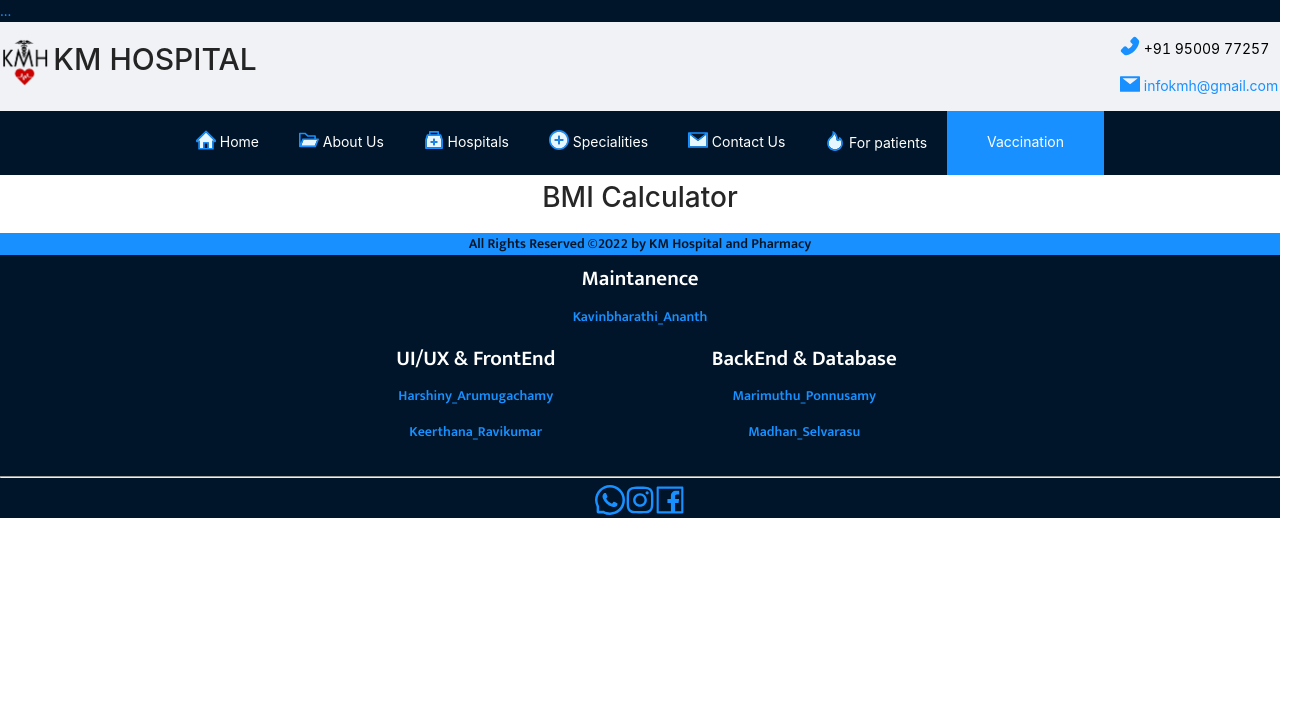
Repository: marimuthu1001/KHM-hospital
Page: /bmicalculator (app in km-hospital/)
An editor plug-in stored every save of this project. The page is shown before and after a run of saves, followed by the edit.
The browser window is 1280 px wide. The page is 1297 px wide, so the pictures cover 1297 px, including what lies to the right of the window. The pictures show the whole page.
The project was rebuilt for these pictures with package versions that can differ from the ones it lists, and the page was loaded fresh each time. Also part of the build but not shown: km-hospital/src/Styles/ContactUs.module.css, km-hospital/src/Pages/ContactUs.jsx, km-hospital/src/Pages/AboutUS.jsx, km-hospital/src/Styles/Specialities.module.css, km-hospital/src/firebase.js, km-hospital/src/Pages/Specialities.jsx, km-hospital/src/Pages/Feedback.jsx.

Above is the page before, as saved 2022-01-25 14:11:06.

### km-hospital/public/index.html
<!DOCTYPE html>
<html lang="en">
  <head>
    <meta charset="utf-8" />
    <link rel="icon" href="%PUBLIC_URL%/favicon.ico" />
    <meta name="viewport" content="width=device-width, initial-scale=1" />
    <meta name="theme-color" content="#000000" />
    <meta
      name="description"
      content="Web site created using create-react-app"
    />
    <link rel="apple-touch-icon" href="%PUBLIC_URL%/logo192.png" />
    <!--
      manifest.json provides metadata used when your web app is installed on a
      user's mobile device or desktop. See https://developers.google.com/web/fundamentals/web-app-manifest/
    -->
    <link rel="manifest" href="%PUBLIC_URL%/manifest.json" />
    <!--
      Notice the use of %PUBLIC_URL% in the tags above.
      It will be replaced with the URL of the `public` folder during the build.
      Only files inside the `public` folder can be referenced from the HTML.

      Unlike "/favicon.ico" or "favicon.ico", "%PUBLIC_URL%/favicon.ico" will
      work correctly both with client-side routing and a non-root public URL.
      Learn how to configure a non-root public URL by running `npm run build`.
    -->
    <title>KM HOSPITAL | HOME</title>
  </head>
  <body>
    <noscript>You need to enable JavaScript to run this app.</noscript>
    <div id="root"></div>
    <!--
      This HTML file is a template.
      If you open it directly in the browser, you will see an empty page.

      You can add webfonts, meta tags, or analytics to this file.
      The build step will place the bundled scripts into the <body> tag.

      To begin the development, run `npm start` or `yarn start`.
      To create a production bundle, use `npm run build` or `yarn build`.
    -->
  </body>
</html>

### km-hospital/src/index.js
import React from 'react';
import ReactDOM from 'react-dom';
import 'antd/dist/antd.min.css'
import './index.css'
import App from './App';


ReactDOM.render(
  <React.StrictMode>
    <App />
  </React.StrictMode>,
  document.getElementById('root')
);

### km-hospital/src/index.css
@import '~antd/dist/antd.css';

.ant-menu:not(.ant-menu-horizontal) .ant-menu-item-selected {
	background: transparent;
}

.ant-menu{
    background: red;
    }

### km-hospital/src/App.js
import Nav from  './components/Nav'
import Footer from './components/Footer'
import ContactUs from './Pages/ContactUs'
import AboutUs from './Pages/AboutUS'
import Specialities from './Pages/Specialities'
import BmiCalculator from './Pages/For Patients/Bmi_Calculator'
import {BrowserRouter as Router, Route,Routes} from 'react-router-dom'

import Feedback from './Pages/Feedback'

function App() {
  return (
    <Router>
        <div className="App">
          <Nav/>
          <Routes>
            <Route exact path="/contactus" element={<ContactUs/>}/>
            <Route exact path="/aboutus" element={<AboutUs/>}/>
            <Route exact path="/specialities" element={<Specialities/>}/>
            <Route exact path="/bmicalculator" element={<BmiCalculator/>}/>
            <Route exact path="/feedback" element={<Feedback/>}/>
          </Routes>

          <Footer/>
        </div>
    </Router>

  );
}

export default App;

### km-hospital/src/components/Nav.jsx
import React from 'react'

import Styles from '../Styles/Nav.module.css'
import { Layout, Menu, Dropdown,Row,Col } from 'antd';
import Logo from '../Images/Logo.png'

import {HomeTwoTone,
    FolderOpenTwoTone,
    MedicineBoxTwoTone,
    PlusCircleTwoTone,
    FireTwoTone ,
    MailTwoTone,
    PhoneFilled,
    MailFilled,

    } from '@ant-design/icons'

function Nav() {
  const menu = (
    <Menu>

            <Menu.Item key="1">Covid Dose</Menu.Item>
            <Menu.Item key="2">Covid Booster</Menu.Item>
            <Menu.Item key="3">Polio Vaccine</Menu.Item>
            <Menu.Item key="4">Chicken pox Vaccine</Menu.Item>
      </Menu>
  )
const patients = (
  <Menu>
          <Menu.Item key="1">Health Checkup Package</Menu.Item>
          <Menu.Item key="2">Medicines</Menu.Item>
          <Menu.Item key="3">Symptoms</Menu.Item>
          <Menu.Item key="4">Procedurs</Menu.Item>
          <a href="bmicalculator"><Menu.Item key="5">BMI Calculator</Menu.Item></a>

    </Menu>

  )

  const { Header} = Layout;
    return (

      <Layout>
        <p className={Styles.line}>...</p>
        <div className={Styles.head} >
            <Row gutters={[16,16]}>
              <Col md={{span:2}} lg={{span:1}}>
              <div className="logo">
              <img src={Logo} alt="Logo" widht={50} height={50}/>
            </div>
              </Col>
              <Col md={{span:6}} lg={{span:4}}>
              <h1>KM HOSPITAL</h1>
              </Col>
              <Col md={{span:8}} lg={{span:16}}></Col>
              <Col md={{span:5}} lg={{span:3}}>
              <div className={Styles.contactHead}>
                <p style={{color:'black'}}><PhoneFilled  style= {{ fontSize: '20px',color: '#1890ff'  }} />&nbsp;+91 95009 77257</p>
                <p><a href="mailto:infokmh@gmail.com"><MailFilled style= {{ fontSize: '20px',color: '#1890ff'  }} />&nbsp;infokmh@gmail.com</a></p>
               </div>
              </Col>
            </Row>
        </div>



      <Header className="header">
      <div className="menubar">
        <Menu style={{
            position: 'relative',
            display: 'flex',
            justifyContent: 'center',

        }} theme="dark" mode="horizontal" defaultSelectedKeys={['1']}>
     <a href="/">
          <Menu.Item key="7"><HomeTwoTone style={{fontSize:20}}/>&nbsp;Home</Menu.Item>
     </a>
     <a href="/aboutus">
          <Menu.Item key="2"><FolderOpenTwoTone style={{fontSize:20}}/>&nbsp;About Us</Menu.Item>
     </a>
     <a href="/">
          <Menu.Item key="3"><MedicineBoxTwoTone style={{fontSize:20}}/>&nbsp;Hospitals</Menu.Item>
     </a>
     <a href="/specialities">
          <Menu.Item key="4"><PlusCircleTwoTone style={{fontSize:20}}/>&nbsp;Specialities</Menu.Item>
     </a>
     <a href="/contactus">
          <Menu.Item  key="6"> <MailTwoTone style={{fontSize:20}}/>&nbsp;Contact Us</Menu.Item>
     </a>
          <Dropdown  overlay={patients} placement="topCenter">
              <Menu.Item key="5"><FireTwoTone style={{fontSize:20}}/>&nbsp;For patients</Menu.Item>
          </Dropdown>

          <Menu.Item key="1">
          <Dropdown  overlay={menu} placement="topCenter">
                    <Menu.Item>Vaccination</Menu.Item>
          </Dropdown>
          </Menu.Item>


        </Menu>  </div>
      </Header>


        </Layout>


    )
}

export default Nav

### km-hospital/src/components/Footer.jsx
import React from 'react'
import Styles from '../Styles/Footer.module.css'
import { Row, Col } from 'antd';
import {WhatsAppOutlined,
    InstagramOutlined,
    FacebookOutlined} from '@ant-design/icons'
function Footer() {
    return (
        <div  >
            <div className={Styles.footer}>


                <div className={Styles.footerContent}>
                    <div sm={1}  md={6} lg={8}  className={Styles.footerTitle}>
                        <h4>All Rights Reserved &copy;2022 by KM Hospital and Pharmacy</h4>
                    </div>


                <div className={Styles.maintain}>
                    <h2>Maintanence</h2>
                    <p>Kavinbharathi_Ananth</p>
                </div>

                <Row className={Styles.design} gutter={[34, 18]}>
                <Col xs={24} md={6}/>
                    <Col xs={24} md={6}>
                        <div>
                            <h2 className={Styles.headDecoration}>UI/UX & FrontEnd</h2>
                            <div className={Styles.decoration}>
                                <p>Harshiny_Arumugachamy</p>
                                <p>Keerthana_Ravikumar</p>
                            </div>
                        </div>
                    </Col>
                    <Col xs={24} md={6}>
                        <div>
                        <h2 className={Styles.headDecoration}>BackEnd & Database</h2>
                            <div className={Styles.decoration}>
                                <p>Marimuthu_Ponnusamy</p>
                                <p>Madhan_Selvarasu</p>
                            </div>
                        </div>
                    </Col>
                    <Col xs={24} md={6}/>
                        <Col sm={{ span: 5, offset: 0 }} md={{ span: 5, offset: 0 }} lg={{ span: 6, offset:0  }}> </Col>
                </Row>


<hr/>


                <Row  className={Styles.social}>
                    <Col sm={{span:2}} md={{span:8}} lg={{span:8}}><WhatsAppOutlined style={{fontSize: '30px' }} /></Col>
                    <Col sm={{span:2}} md={{span:8}} lg={{span:8}}><InstagramOutlined style={{fontSize: '30px' }} /></Col>
                    <Col sm={{span:2}} md={{span:8}} lg={{span:8}}><FacebookOutlined style={{fontSize: '30px' }} /></Col>
                </Row>
            </div>
        </div>
        </div>
    )
}

export default Footer

### km-hospital/src/Pages/For Patients/Bmi_Calculator.jsx
import React from 'react'
import { Helmet,HelmetProvider } from 'react-helmet-async';

function Bmi_Calculator() {
    return (
        <div>

             <HelmetProvider>
                    <Helmet>
                        <title>KM Hospital | BMI Calculator</title>
                    </Helmet>
             </HelmetProvider>

             <div >
                <h1 style={{textAlign: 'center'}}>BMI Calculator</h1>
            </div>

        </div>
    )
}

export default Bmi_Calculator

### km-hospital/src/Styles/Nav.module.css
*{
    margin-top:0px;
}
.line{
    background-color:#001529;
    color:#1890ff;
}
.head h1{
    font-size: 30px;
}
.menubar .Menu.item{
    margin-left:20%;
}
a{
    text-decoration: none;
}
a:hover{
    background-color:#1890ff;
}

### km-hospital/src/Styles/Footer.module.css
@import url('https://fonts.googleapis.com/css2?family=Mukta:wght@600&display=swap');
.footer{
    background-color:#001529;
    font-family: 'Mukta', sans-serif;
    color:#1890ff;
    position:relative;
    text-align:center
}
.footer h2{
    color:#ffffff
}
.footer .footerTitle{
    color:rgb(255, 255, 255);
    background-color:#1890ff
}
.footer .social{
    text-align:center;
    display:inline-flex;
}
.social li{
    list-style-type: none;
}
.decoration{
    list-style-type:none;
    text-align:center
}
.headDecoration{
    text-align:center
}

After the next 3 saves:
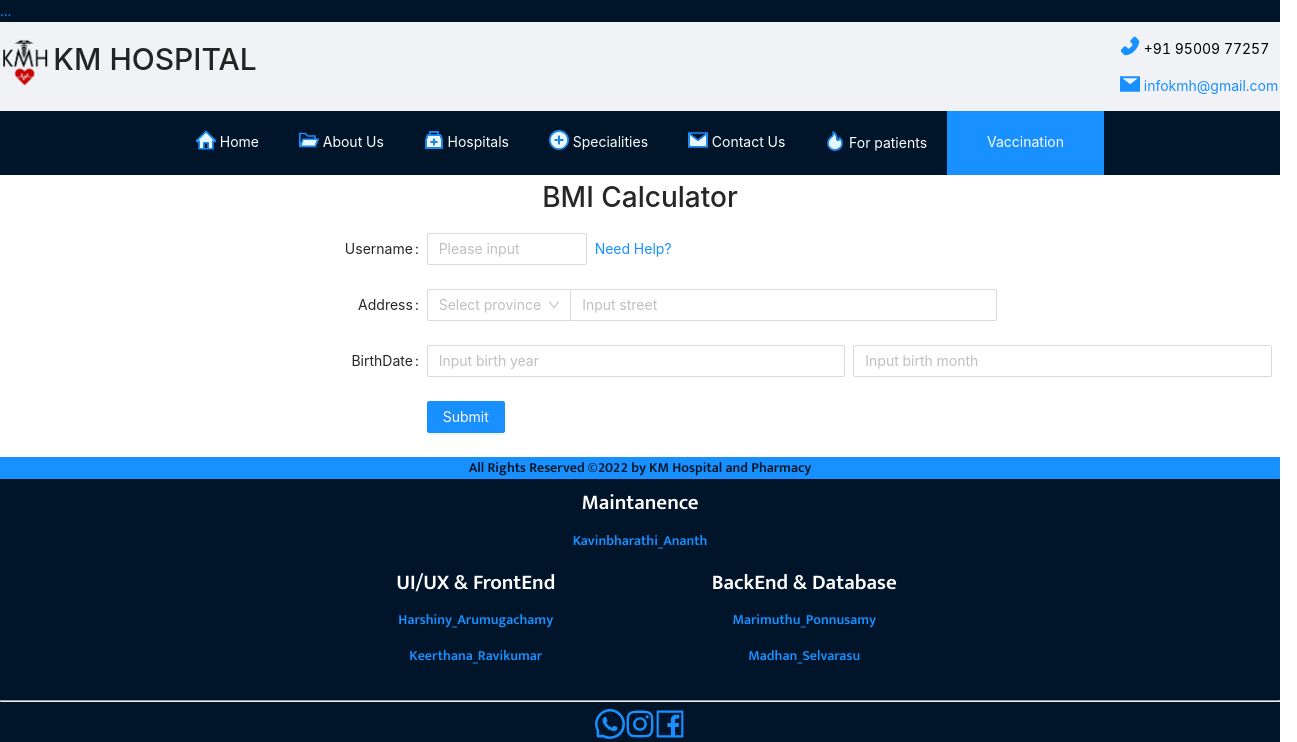
The 3 saves are shown as one change because 2 did not build or start.
The last was saved 3 min 44 s later.
--- a/km-hospital/src/Pages/For Patients/Bmi_Calculator.jsx
+++ b/km-hospital/src/Pages/For Patients/Bmi_Calculator.jsx
@@ -1,8 +1,15 @@
 import React from 'react'
 import { Helmet,HelmetProvider } from 'react-helmet-async';
+import { Form, Input, Select, Tooltip, Button, Space, Typography } from 'antd';
+
 
 function Bmi_Calculator() {
+        const { Option } = Select;
+        const onFinish = values => {
+        console.log('Received values of form: ', values);
+  };
     return (
+
         <div>
 
              <HelmetProvider>
@@ -15,6 +22,67 @@ function Bmi_Calculator() {
                 <h1 style={{textAlign: 'center'}}>BMI Calculator</h1>
             </div>
 
+
+
+            <Form name="complex-form" onFinish={onFinish} labelCol={{ span: 8 }} wrapperCol={{ span: 16 }}>
+                <Form.Item label="Username">
+                    <Space>
+                    <Form.Item
+                        name="username"
+                        noStyle
+                        rules={[{ required: true, message: 'Username is required' }]}
+                    >
+                        <Input style={{ width: 160 }} placeholder="Please input" />
+                    </Form.Item>
+                    <Tooltip title="Useful information">
+                        <Typography.Link href="#API">Need Help?</Typography.Link>
+                    </Tooltip>
+                    </Space>
+                </Form.Item>
+                <Form.Item label="Address">
+                    <Input.Group compact>
+                    <Form.Item
+                        name={['address', 'province']}
+                        noStyle
+                        rules={[{ required: true, message: 'Province is required' }]}
+                    >
+                        <Select placeholder="Select province">
+                        <Option value="Zhejiang">Zhejiang</Option>
+                        <Option value="Jiangsu">Jiangsu</Option>
+                        </Select>
+                    </Form.Item>
+                    <Form.Item
+                        name={['address', 'street']}
+                        noStyle
+                        rules={[{ required: true, message: 'Street is required' }]}
+                    >
+                        <Input style={{ width: '50%' }} placeholder="Input street" />
+                    </Form.Item>
+                    </Input.Group>
+                </Form.Item>
+                <Form.Item label="BirthDate" style={{ marginBottom: 0 }}>
+                    <Form.Item
+                    name="year"
+                    rules={[{ required: true }]}
+                    style={{ display: 'inline-block', width: 'calc(50% - 8px)' }}
+                    >
+                    <Input placeholder="Input birth year" />
+                    </Form.Item>
+                    <Form.Item
+                    name="month"
+                    rules={[{ required: true }]}
+                    style={{ display: 'inline-block', width: 'calc(50% - 8px)', margin: '0 8px' }}
+                    >
+                    <Input placeholder="Input birth month" />
+                    </Form.Item>
+                </Form.Item>
+                <Form.Item label=" " colon={false}>
+                    <Button type="primary" htmlType="submit">
+                    Submit
+                    </Button>
+                </Form.Item>
+                </Form>
+
         </div>
     )
 }
